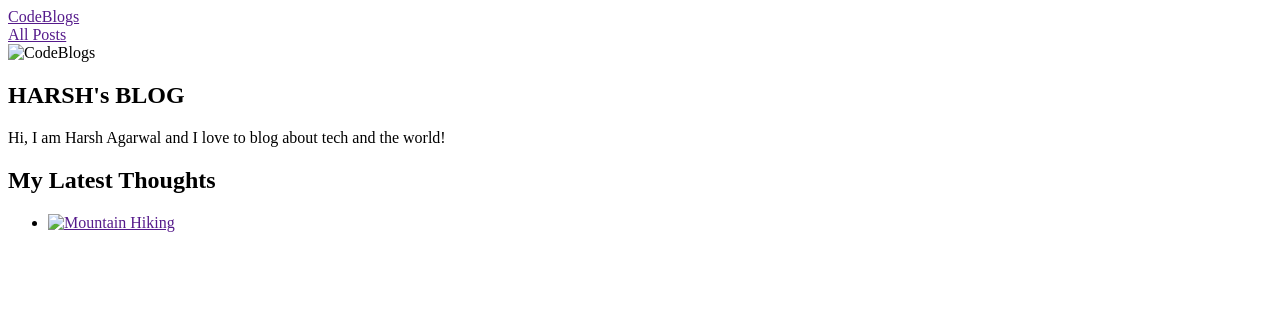
Repository: harshagr64/codeblogs
Page: http://localhost/
An editor plug-in stored every save of this project. The page is shown before and after a run of saves, followed by the edit.
The browser window is 1280 px wide. The pictures show the whole page.
The page is served by the project's application, run on Django 3.2 (manage.py).

Above is the page before, as saved 2021-08-21 09:47:03.

After the next 2 saves:
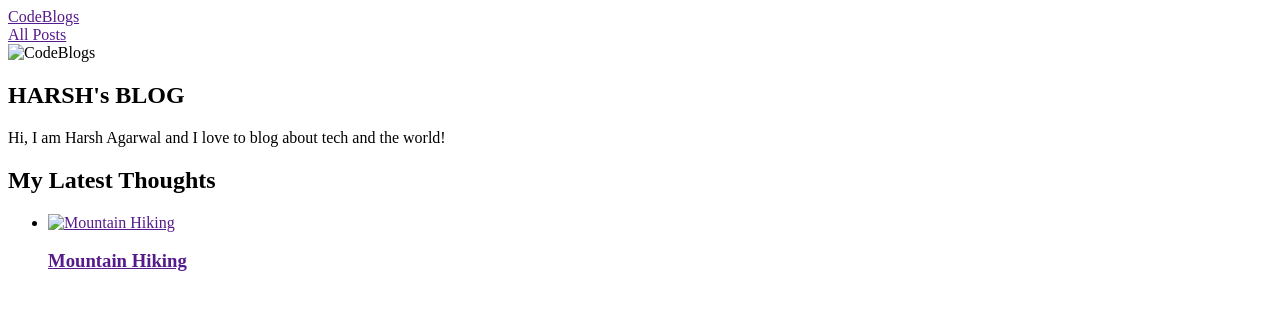
The 2 saves are shown as one change because they came seconds apart.
The last was saved 13 s later.
--- a/codeblogs/blog/templates/blog/index.html
+++ b/codeblogs/blog/templates/blog/index.html
@@ -24,7 +24,7 @@
                     <a href="">
                         <img src="" alt="Mountain Hiking">
                         <div class="post__content">
-
+                            <h3>Mountain Hiking</h3>
                         </div>
                     </a>
                 </article>
